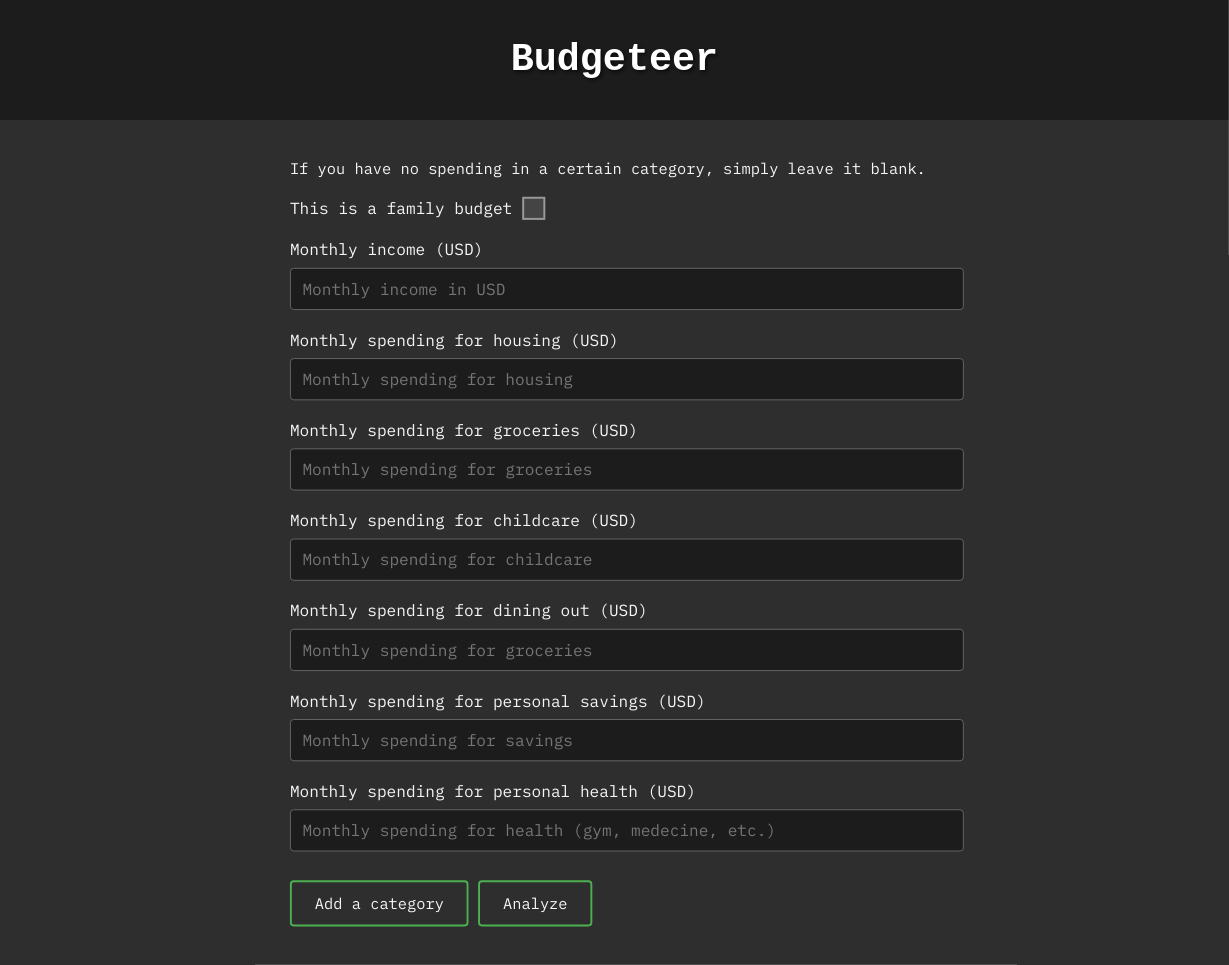
Repository: CaioNunes56/Budgeteer
Page: index.html
The author's editor kept a copy of each file at every save. The page is drawn from the files as they stood at one save, then again after the next save.
The browser window is 1280 px wide. The pictures show the whole page, at 96% of full size.

Above is the page before, as saved 2025-04-26 18:24:58.
Console error: ReferenceError: auth0 is not defined

After the next save:
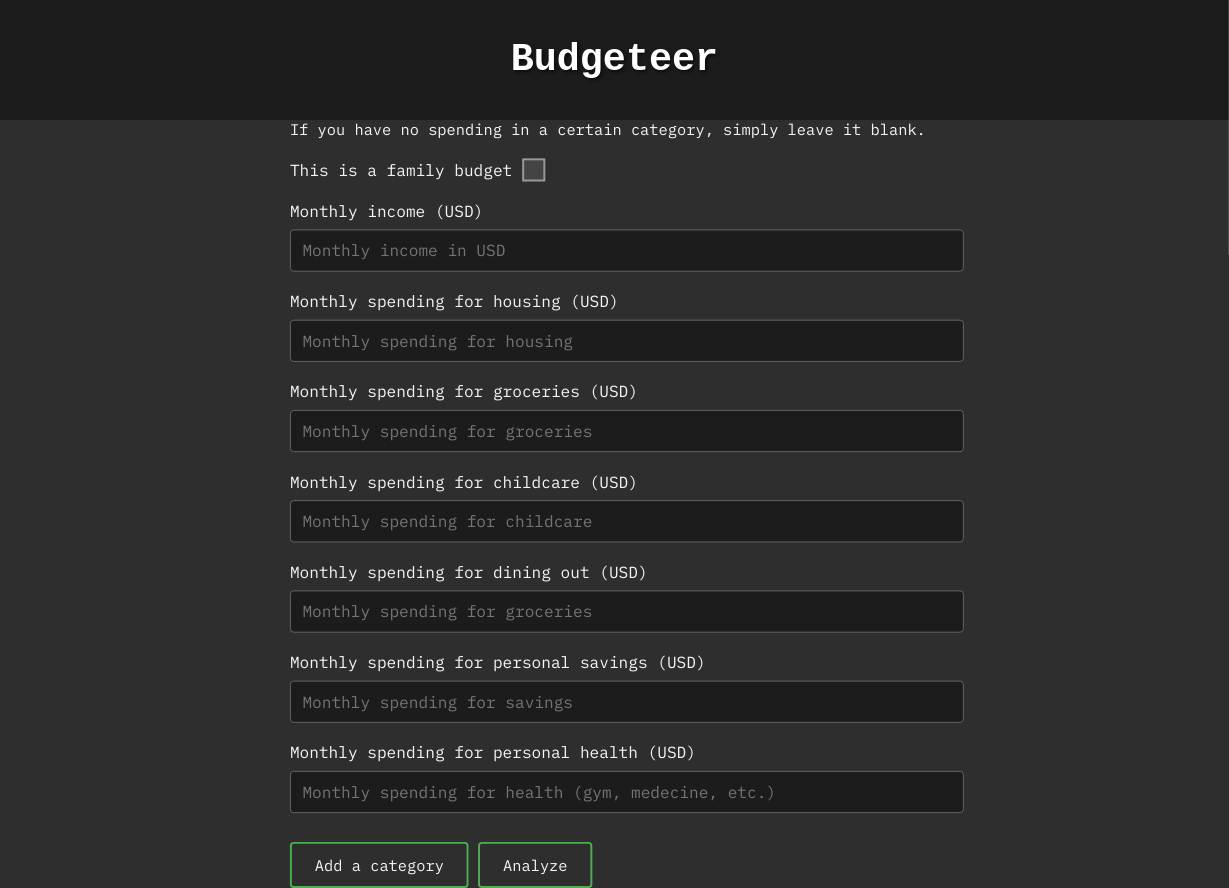
Saved 5 min 3 s later.
--- a/style.css
+++ b/style.css
@@ -1,8 +1,14 @@
+html, body{
+    height: 100%;
+    margin: 0;
+}
+
 body{
     margin: 0;
     padding: 0;
     display: flex;
     flex-direction: column;
+    flex-grow: 1;
     height: 100%;
 }
 
@@ -34,6 +40,7 @@
     justify-content: center;
     align-items: center;
     flex-grow: 1;
+    height: 100%;
     padding: 150px 50px 150px 50px;
     background-color: #2E2E2E;
     color: #F5F5F5;
